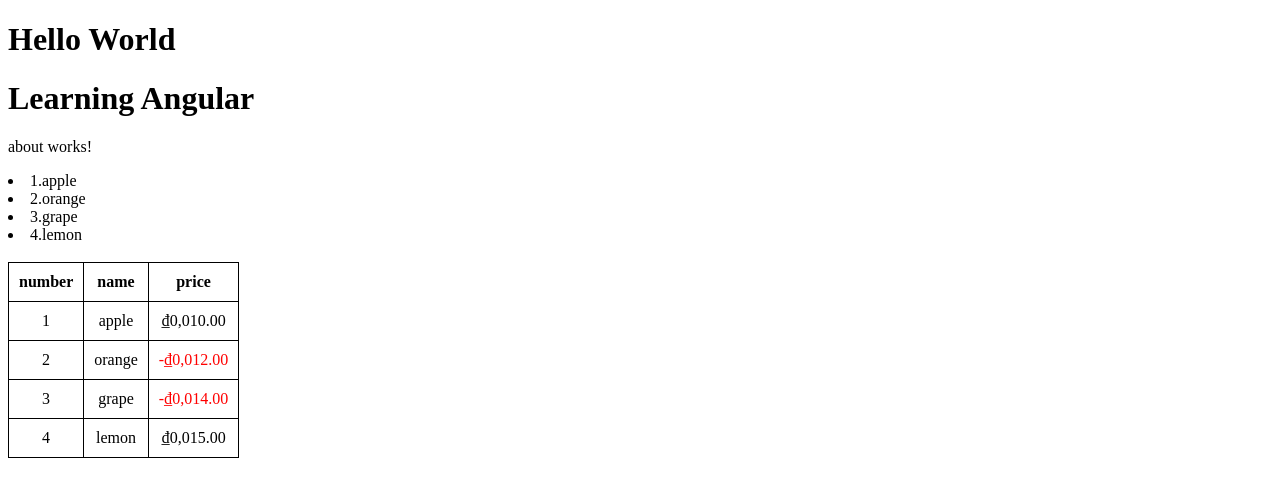
Repository: PhamTrungNguyen/Angular12
Page: / (app in Angular/)
These files come from the project's save history. The page is drawn as it stood at one moment and after a run of saves; the edit follows.
The browser window is 1280 px wide. The pictures show the whole page.
The project was rebuilt for these pictures with package versions that can differ from the ones it lists, and the page was loaded fresh each time. Also part of the build but not shown: Angular/angular.json, Angular/src/app/home/home.component.ts.

Above is the page before, as saved 2023-01-01 21:45:21.

After the next 2 saves:
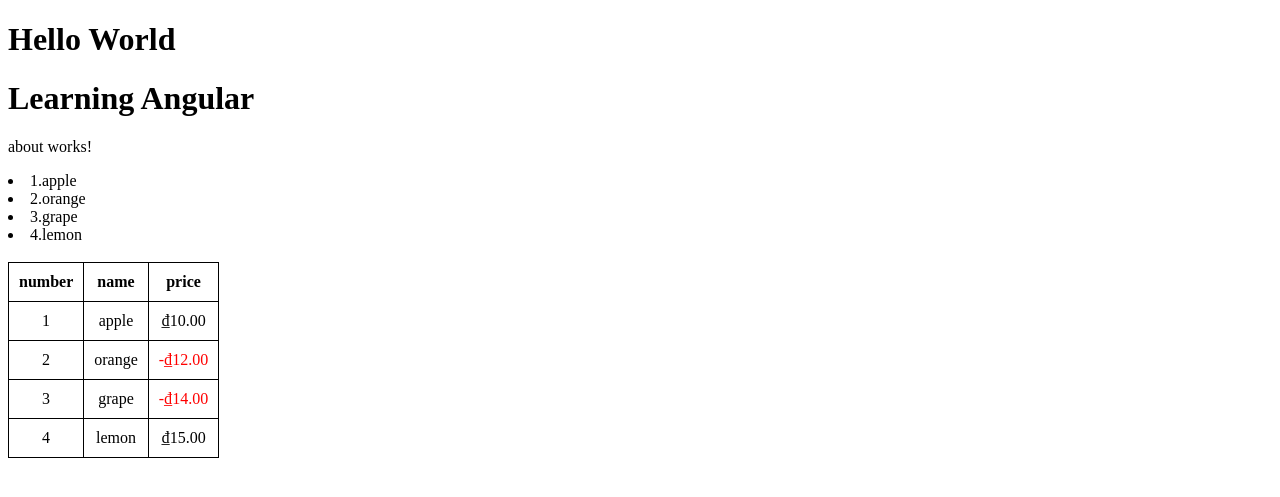
The 2 saves are shown as one change because they came seconds apart.
The last was saved 12 s later.
--- a/Angular/src/app/about/about.component.html
+++ b/Angular/src/app/about/about.component.html
@@ -19,7 +19,7 @@
                 <span [ngClass]="{'text' : item.price <0}">
                     <!-- <span *ngIf="item.price <0 then 'text'"> -->
 
-                    {{item.price |currency:'VND':'symbol':'4.2-2'}}
+                    {{item.price |currency:'VND':'symbol':'1.2'}}
                 </span>
             </td>
         </tr>
